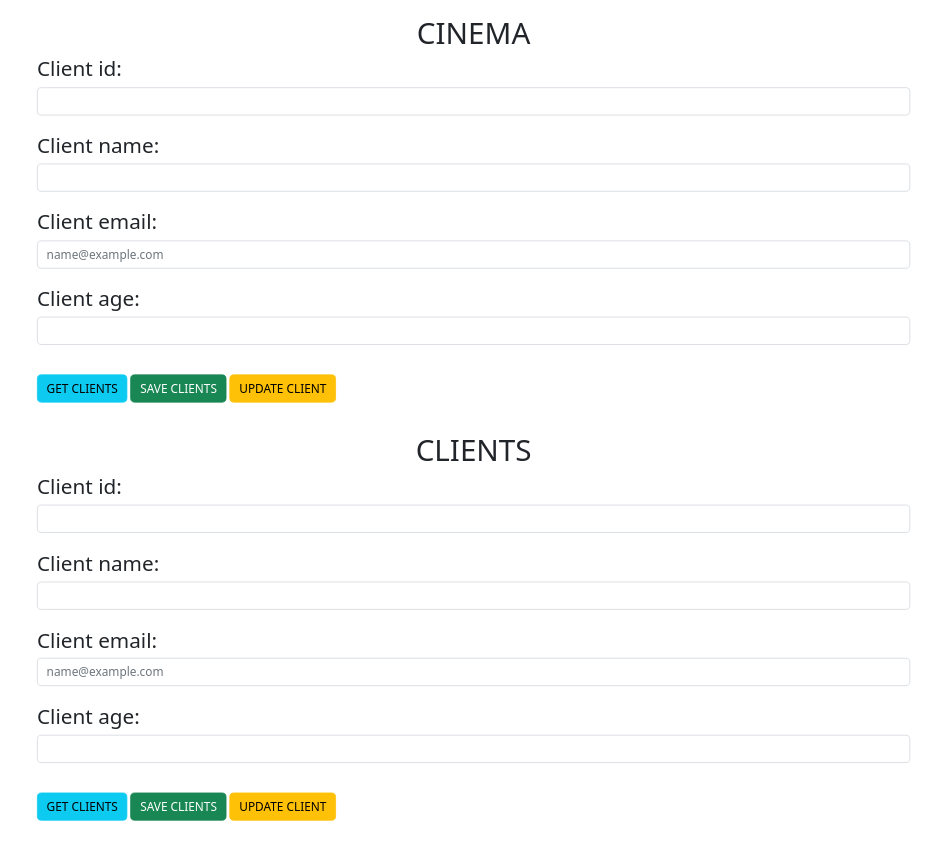
Repository: almendezl/MisionTIC
Page: index.html
An editor plug-in stored every save of this project. The page is shown before and after the next save, followed by the edit.
The browser window is 1280 px wide. The pictures show the whole page, at 74% of full size.

Above is the page before, as saved 2022-10-01 21:50:42.

After the next save:
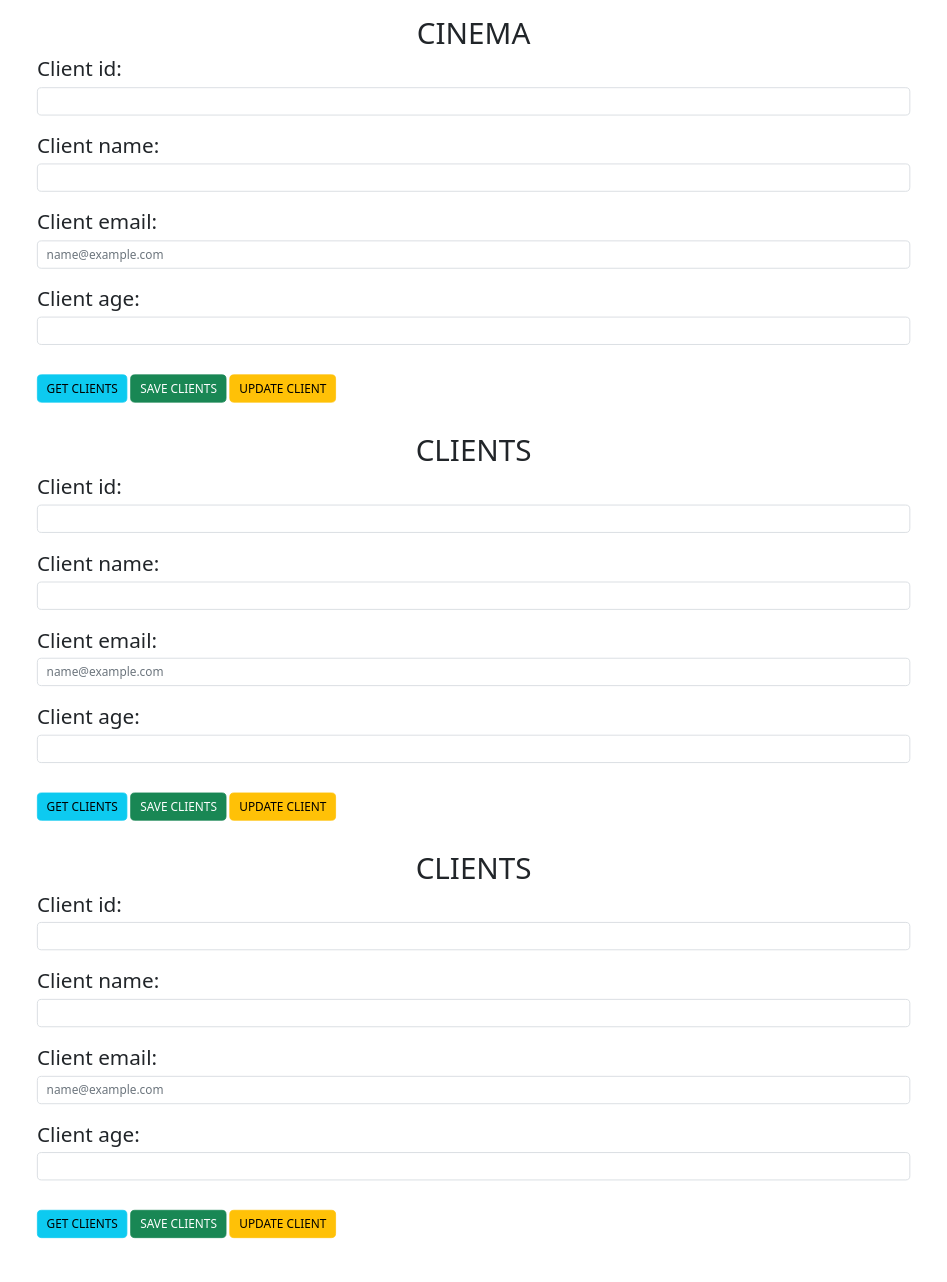
Saved 50 s later.
--- a/index.html
+++ b/index.html
@@ -94,5 +94,45 @@
 
     </table>
 
+    <!-- Message front  -->
+    <h1 class="text-center">CLIENTS</h1>
+    <form action="">
+        <div class="form-group">
+            <h3 class="label label-default" >Client id: </h3>
+            <input class="form-control" type="number" id="clientId"> <br>
+        </div>
+
+        <div class="form-group">
+            <h3 class="label label-default" >Client name: </h3>
+            <input class="form-control" type="text" id="clientName"><br>
+        </div>
+
+        <div class="form-group">
+            <h3 class="label label-default" >Client email: </h3>
+            <input class="form-control" type="text" id="clientEmail" placeholder="name@example.com"><br>
+        </div>
+
+        <div class="form-group">
+            <h3 class="label label-default" >Client age: </h3>
+            <input class="form-control" type="number" id="clientAge"><br>
+        </div>
+
+    </form>
+
+
+
+
+    <button class="btn btn-info" onclick="getClients()">GET CLIENTS</button>
+
+    <button class="btn btn-success" onclick="setClient()">SAVE CLIENTS</button>
+
+    <button class="btn btn-warning" onclick="updateClient()">UPDATE CLIENT</button><br><br>
+
+
+    <table class="table table-striped" id="clientsList">
+
+
+    </table>
+
 </body>
 </html>
